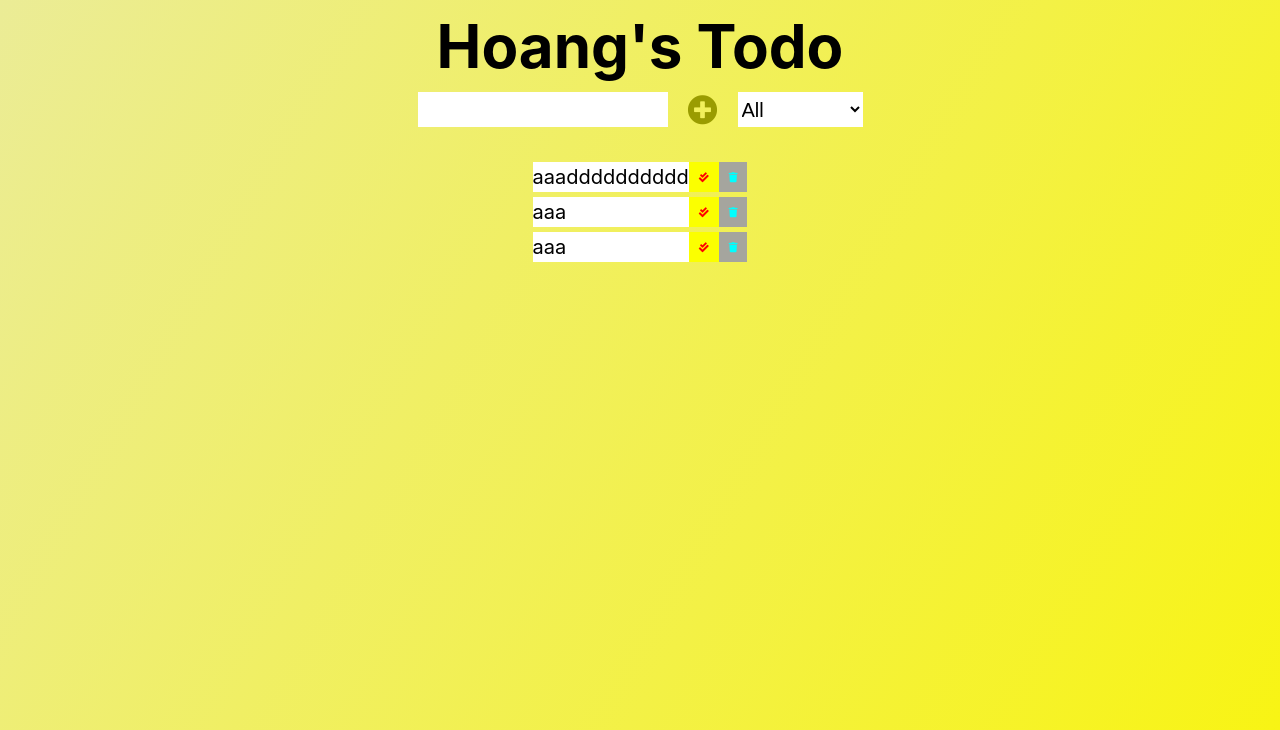
Repository: DinhHoang0607/TodoReact
Page: /
These files come from the project's save history. The page is drawn as it stood at one moment and after the next save; the edit follows.
The browser window is 1280 px wide. The pictures show the whole page.
Some web libraries are served in a nearby version. The project was rebuilt for these pictures with package versions that can differ from the ones it lists, and the page was loaded fresh each time.

Above is the page before, as saved 2021-09-11 23:53:21.

After the next save:
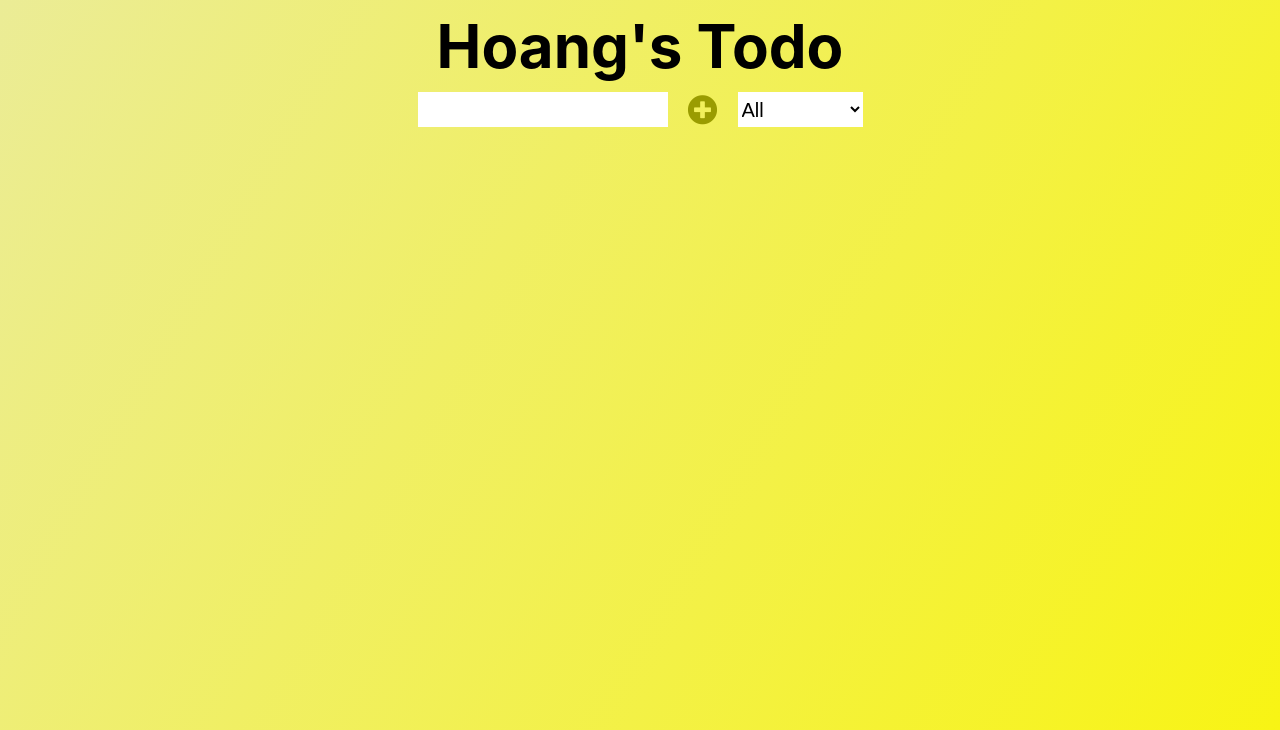
Saved 22 s later.
--- a/src/components/List.js
+++ b/src/components/List.js
@@ -5,9 +5,9 @@
   return (
     <div className="container">
       <ul className="list">
-        <Item item='aaadddddddddd'/>
+        {/* <Item item='aaadddddddddd'/>
         <Item item='aaa'/>
-        <Item item='aaa'/>
+        <Item item='aaa'/> */}
       </ul>
     </div>
   );

After the save that followed:
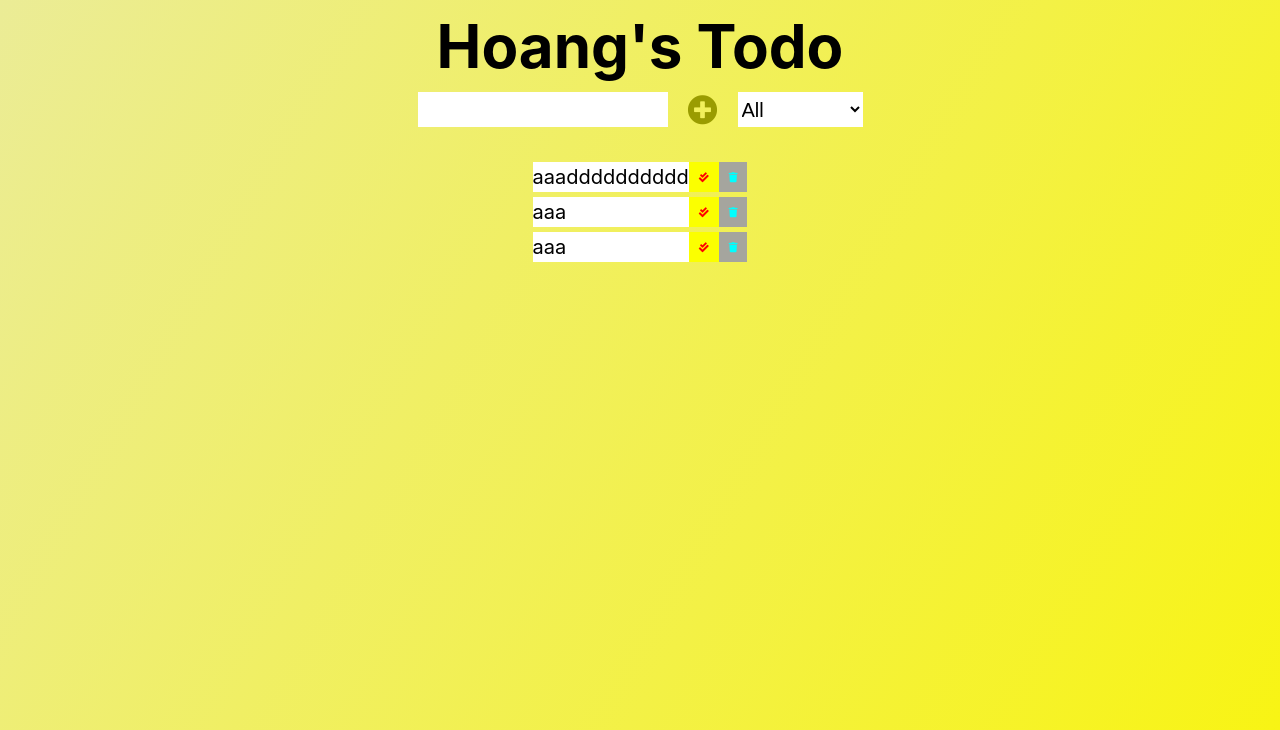
Saved 12 s later.
--- a/src/components/List.js
+++ b/src/components/List.js
@@ -5,9 +5,9 @@
   return (
     <div className="container">
       <ul className="list">
-        {/* <Item item='aaadddddddddd'/>
+        <Item item='aaadddddddddd'/>
         <Item item='aaa'/>
-        <Item item='aaa'/> */}
+        <Item item='aaa'/>
       </ul>
     </div>
   );
